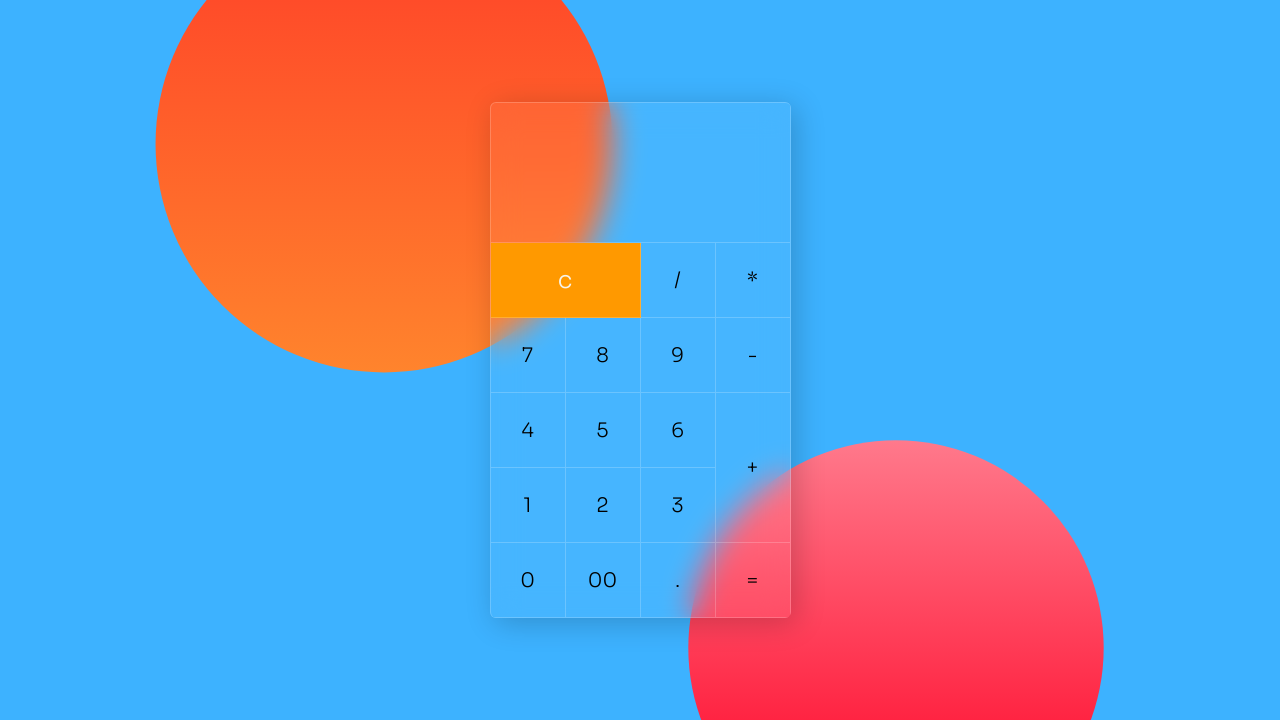
Repository: tharunkumaar404/Glass-Calci
Page: index.html
These files come from the project's save history. The page is drawn as it stood at one moment and after the next save; the edit follows.
The browser window is 1280 px wide. The pictures show the whole page.
The first visible `.container .calculator span` is being pressed.

Above is the page before, as saved 2021-08-26 15:09:56.

### index.html
<!DOCTYPE html>
<html lang="en">
<head>
    <meta charset="UTF-8">
    <meta http-equiv="X-UA-Compatible" content="IE=edge">
    <meta name="viewport" content="width=device-width, initial-scale=1.0">
    <title>Calculator</title>
    <link rel="stylesheet" href="styles.css">
</head>
<body>
    <div class="container">
        <form class="calculator" name="calc">
            <input type="text" readonly class="value" name="txt"/>
            <span class="num clear" onclick="calc.txt.value = ''">c</span>
            <span class="num" onclick="document.calc.txt.value +='/'">/</span>
            <span class="num" onclick="document.calc.txt.value +='*'">*</span>
            <span class="num" onclick="document.calc.txt.value +='7'">7</span>
            <span class="num" onclick="document.calc.txt.value +='8'">8</span>
            <span class="num" onclick="document.calc.txt.value +='9'">9</span>
            <span class="num" onclick="document.calc.txt.value +='-'">-</span>
            <span class="num" onclick="document.calc.txt.value +='4'">4</span>
            <span class="num " onclick="document.calc.txt.value +='5'">5</span>
            <span class="num" onclick="document.calc.txt.value +='6'">6</span>
            <span class="num plus" onclick="document.calc.txt.value +='+'">+</span>
            <span class="num" onclick="document.calc.txt.value +='1'">1</span>
            <span class="num" onclick="document.calc.txt.value +='2'">2</span>
            <span class="num" onclick="document.calc.txt.value +='3'">3</span>
            <span class="num" onclick="document.calc.txt.value +='0'">0</span>
            <span class="num" onclick="document.calc.txt.value +='00'">00</span>
            <span class="num" onclick="document.calc.txt.value +='.'"">.</span>
            <span class="num equal" onclick="document.calc.txt.value =eval(calc.txt.value)">=</span>
        </form>
    </div>
    <script type="text/javascript" src="vanilla-tilt.js"></script>
    <script type="text/javascript">
    	VanillaTilt.init(document.querySelector(".container"), {
    		max: 15,
    		speed: 400,
            glare: true,
            "max-glare":0.2,
            gyroscope:true,
    	});
    </script>
</body>
</html>

### styles.css
@import url('https://fonts.googleapis.com/css2?family=Sora:wght@300&display=swap');

*{
    margin: 0;
    padding: 0;
    box-sizing: border-box;
    font-family: 'Sora', sans-serif;
}

body{
display:flex;
justify-content: center;
align-items: center;
min-height: 100vh;
background: #3DB2FF;
}

body::before{
    content: '';
    position: absolute;
    top: 0;
    left:0;
    width: 100%;
    height:100%;
    background:linear-gradient(#FF4C29,#FFB830);
    clip-path: circle(22% at 30% 20%);
}
body::after{
    content: '';
    position: absolute;
    top: 0;
    left:0;
    width: 100%;
    height:100%;
    background:linear-gradient(#fff,#FF2442);
    clip-path: circle(20% at 70% 90%);
}

.container{
    position:relative;
    background: rgba(255,255,255,0.05);
    border-radius: 6px;
    overflow: hidden;
    z-index:10;
    backdrop-filter: blur(15px);
    border-top: 1px solid rgba(255,255,255,0.2);
    border-left:1px solid rgba(255,255,255,0.2);
    box-shadow: 5px 5px 30px rgba(0,0,0,0.2);

}

.container .calculator{
    position:relative;
    display:grid;

}

.container .calculator .value{
    grid-column: span 4;
    height: 140px;
    width:300px;
    text-align:right;
    border:none;
    outline:none;
    padding:10px;
    font-size:30px;
    background: transparent;
    color: #000;
    border-bottom: 1px solid rgba(255,255,255,0.2);
    border-right:1px solid rgba(255,255,255,0.2);


}
.container .calculator span {
    display:grid;
    place-items:center;
    height: 75px;
    width:75px;
    color:black;
    cursor:pointer;
    font-weight:400;
    font-size:20px;
    user-select:none;
    border-bottom: 1px solid rgba(255,255,255,0.2);
    border-right:1px solid rgba(255,255,255,0.2);
    transition: 0.5s;


}
.container .calculator span:hover{
    transition: 0s;
    background: rgba(255,255,255,0.2);
}

.container .calculator span:active{
    background: #ff9900;
    color: #F7F3E9;
    font-size: 24px;
    font-weight: 500;

}
.container .calculator .clear{
    grid-column: span 2;
    width:150px;
    background: rgba(255,255,255,0.2);
}
.container .calculator .plus{
grid-row: span 2;
height:150px;
}

### vanilla-tilt.js
var VanillaTilt = (function () {
'use strict';

/**
 * Created by Sergiu Șandor (micku7zu) on 1/27/2017.
 * Original idea: https://github.com/gijsroge/tilt.js
 * MIT License.
 * Version 1.7.1
 */

class VanillaTilt {
  constructor(element, settings = {}) {
    if (!(element instanceof Node)) {
      throw ("Can't initialize VanillaTilt because " + element + " is not a Node.");
    }

    this.width = null;
    this.height = null;
    this.clientWidth = null;
    this.clientHeight = null;
    this.left = null;
    this.top = null;

    // for Gyroscope sampling
    this.gammazero = null;
    this.betazero = null;
    this.lastgammazero = null;
    this.lastbetazero = null;

    this.transitionTimeout = null;
    this.updateCall = null;
    this.event = null;

    this.updateBind = this.update.bind(this);
    this.resetBind = this.reset.bind(this);

    this.element = element;
    this.settings = this.extendSettings(settings);

    this.reverse = this.settings.reverse ? -1 : 1;
    this.glare = VanillaTilt.isSettingTrue(this.settings.glare);
    this.glarePrerender = VanillaTilt.isSettingTrue(this.settings["glare-prerender"]);
    this.fullPageListening = VanillaTilt.isSettingTrue(this.settings["full-page-listening"]);
    this.gyroscope = VanillaTilt.isSettingTrue(this.settings.gyroscope);
    this.gyroscopeSamples = this.settings.gyroscopeSamples;

    this.elementListener = this.getElementListener();

    if (this.glare) {
      this.prepareGlare();
    }

    if (this.fullPageListening) {
      this.updateClientSize();
    }

    this.addEventListeners();
    this.updateInitialPosition();
  }

  static isSettingTrue(setting) {
    return setting === "" || setting === true || setting === 1;
  }

  /**
   * Method returns element what will be listen mouse events
   * @return {Node}
   */
  getElementListener() {
    if (this.fullPageListening) {
      return window.document;
    }

    if (typeof this.settings["mouse-event-element"] === "string") {
      const mouseEventElement = document.querySelector(this.settings["mouse-event-element"]);

      if (mouseEventElement) {
        return mouseEventElement;
      }
    }

    if (this.settings["mouse-event-element"] instanceof Node) {
      return this.settings["mouse-event-element"];
    }

    return this.element;
  }

  /**
   * Method set listen methods for this.elementListener
   * @return {Node}
   */
  addEventListeners() {
    this.onMouseEnterBind = this.onMouseEnter.bind(this);
    this.onMouseMoveBind = this.onMouseMove.bind(this);
    this.onMouseLeaveBind = this.onMouseLeave.bind(this);
    this.onWindowResizeBind = this.onWindowResize.bind(this);
    this.onDeviceOrientationBind = this.onDeviceOrientation.bind(this);

    this.elementListener.addEventListener("mouseenter", this.onMouseEnterBind);
    this.elementListener.addEventListener("mouseleave", this.onMouseLeaveBind);
    this.elementListener.addEventListener("mousemove", this.onMouseMoveBind);

    if (this.glare || this.fullPageListening) {
      window.addEventListener("resize", this.onWindowResizeBind);
    }

    if (this.gyroscope) {
      window.addEventListener("deviceorientation", this.onDeviceOrientationBind);
    }
  }

  /**
   * Method remove event listeners from current this.elementListener
   */
  removeEventListeners() {
    this.elementListener.removeEventListener("mouseenter", this.onMouseEnterBind);
    this.elementListener.removeEventListener("mouseleave", this.onMouseLeaveBind);
    this.elementListener.removeEventListener("mousemove", this.onMouseMoveBind);

    if (this.gyroscope) {
      window.removeEventListener("deviceorientation", this.onDeviceOrientationBind);
    }

    if (this.glare || this.fullPageListening) {
      window.removeEventListener("resize", this.onWindowResizeBind);
    }
  }

  destroy() {
    clearTimeout(this.transitionTimeout);
    if (this.updateCall !== null) {
      cancelAnimationFrame(this.updateCall);
    }

    this.reset();

    this.removeEventListeners();
    this.element.vanillaTilt = null;
    delete this.element.vanillaTilt;

    this.element = null;
  }

  onDeviceOrientation(event) {
    if (event.gamma === null || event.beta === null) {
      return;
    }

    this.updateElementPosition();

    if (this.gyroscopeSamples > 0) {
      this.lastgammazero = this.gammazero;
      this.lastbetazero = this.betazero;

      if (this.gammazero === null) {
        this.gammazero = event.gamma;
        this.betazero = event.beta;
      } else {
        this.gammazero = (event.gamma + this.lastgammazero) / 2;
        this.betazero = (event.beta + this.lastbetazero) / 2;
      }

      this.gyroscopeSamples -= 1;
    }

    const totalAngleX = this.settings.gyroscopeMaxAngleX - this.settings.gyroscopeMinAngleX;
    const totalAngleY = this.settings.gyroscopeMaxAngleY - this.settings.gyroscopeMinAngleY;

    const degreesPerPixelX = totalAngleX / this.width;
    const degreesPerPixelY = totalAngleY / this.height;

    const angleX = event.gamma - (this.settings.gyroscopeMinAngleX + this.gammazero);
    const angleY = event.beta - (this.settings.gyroscopeMinAngleY + this.betazero);

    const posX = angleX / degreesPerPixelX;
    const posY = angleY / degreesPerPixelY;

    if (this.updateCall !== null) {
      cancelAnimationFrame(this.updateCall);
    }

    this.event = {
      clientX: posX + this.left,
      clientY: posY + this.top,
    };

    this.updateCall = requestAnimationFrame(this.updateBind);
  }

  onMouseEnter() {
    this.updateElementPosition();
    this.element.style.willChange = "transform";
    this.setTransition();
  }

  onMouseMove(event) {
    if (this.updateCall !== null) {
      cancelAnimationFrame(this.updateCall);
    }

    this.event = event;
    this.updateCall = requestAnimationFrame(this.updateBind);
  }

  onMouseLeave() {
    this.setTransition();

    if (this.settings.reset) {
      requestAnimationFrame(this.resetBind);
    }
  }

  reset() {
    this.event = {
      clientX: this.left + this.width / 2,
      clientY: this.top + this.height / 2
    };

    if (this.element && this.element.style) {
      this.element.style.transform = `perspective(${this.settings.perspective}px) ` +
        `rotateX(0deg) ` +
        `rotateY(0deg) ` +
        `scale3d(1, 1, 1)`;
    }

    this.resetGlare();
  }

  resetGlare() {
    if (this.glare) {
      this.glareElement.style.transform = "rotate(180deg) translate(-50%, -50%)";
      this.glareElement.style.opacity = "0";
    }
  }

  updateInitialPosition() {
    if (this.settings.startX === 0 && this.settings.startY === 0) {
      return;
    }

    this.onMouseEnter();

    if (this.fullPageListening) {
      this.event = {
        clientX: (this.settings.startX + this.settings.max) / (2 * this.settings.max) * this.clientWidth,
        clientY: (this.settings.startY + this.settings.max) / (2 * this.settings.max) * this.clientHeight
      };
    } else {
      this.event = {
        clientX: this.left + ((this.settings.startX + this.settings.max) / (2 * this.settings.max) * this.width),
        clientY: this.top + ((this.settings.startY + this.settings.max) / (2 * this.settings.max) * this.height)
      };
    }


    let backupScale = this.settings.scale;
    this.settings.scale = 1;
    this.update();
    this.settings.scale = backupScale;
    this.resetGlare();
  }

  getValues() {
    let x, y;

    if (this.fullPageListening) {
      x = this.event.clientX / this.clientWidth;
      y = this.event.clientY / this.clientHeight;
    } else {
      x = (this.event.clientX - this.left) / this.width;
      y = (this.event.clientY - this.top) / this.height;
    }

    x = Math.min(Math.max(x, 0), 1);
    y = Math.min(Math.max(y, 0), 1);

    let tiltX = (this.reverse * (this.settings.max - x * this.settings.max * 2)).toFixed(2);
    let tiltY = (this.reverse * (y * this.settings.max * 2 - this.settings.max)).toFixed(2);
    let angle = Math.atan2(this.event.clientX - (this.left + this.width / 2), -(this.event.clientY - (this.top + this.height / 2))) * (180 / Math.PI);

    return {
      tiltX: tiltX,
      tiltY: tiltY,
      percentageX: x * 100,
      percentageY: y * 100,
      angle: angle
    };
  }

  updateElementPosition() {
    let rect = this.element.getBoundingClientRect();

    this.width = this.element.offsetWidth;
    this.height = this.element.offsetHeight;
    this.left = rect.left;
    this.top = rect.top;
  }

  update() {
    let values = this.getValues();

    this.element.style.transform = "perspective(" + this.settings.perspective + "px) " +
      "rotateX(" + (this.settings.axis === "x" ? 0 : values.tiltY) + "deg) " +
      "rotateY(" + (this.settings.axis === "y" ? 0 : values.tiltX) + "deg) " +
      "scale3d(" + this.settings.scale + ", " + this.settings.scale + ", " + this.settings.scale + ")";

    if (this.glare) {
      this.glareElement.style.transform = `rotate(${values.angle}deg) translate(-50%, -50%)`;
      this.glareElement.style.opacity = `${values.percentageY * this.settings["max-glare"] / 100}`;
    }

    this.element.dispatchEvent(new CustomEvent("tiltChange", {
      "detail": values
    }));

    this.updateCall = null;
  }

  /**
   * Appends the glare element (if glarePrerender equals false)
   * and sets the default style
   */
  prepareGlare() {
    // If option pre-render is enabled we assume all html/css is present for an optimal glare effect.
    if (!this.glarePrerender) {
      // Create glare element
      const jsTiltGlare = document.createElement("div");
      jsTiltGlare.classList.add("js-tilt-glare");

      const jsTiltGlareInner = document.createElement("div");
      jsTiltGlareInner.classList.add("js-tilt-glare-inner");

      jsTiltGlare.appendChild(jsTiltGlareInner);
      this.element.appendChild(jsTiltGlare);
    }

    this.glareElementWrapper = this.element.querySelector(".js-tilt-glare");
    this.glareElement = this.element.querySelector(".js-tilt-glare-inner");

    if (this.glarePrerender) {
      return;
    }

    Object.assign(this.glareElementWrapper.style, {
      "position": "absolute",
      "top": "0",
      "left": "0",
      "width": "100%",
      "height": "100%",
      "overflow": "hidden",
      "pointer-events": "none"
    });

    Object.assign(this.glareElement.style, {
      "position": "absolute",
      "top": "50%",
      "left": "50%",
      "pointer-events": "none",
      "background-image": `linear-gradient(0deg, rgba(255,255,255,0) 0%, rgba(255,255,255,1) 100%)`,
      "width": `${this.element.offsetWidth * 2}px`,
      "height": `${this.element.offsetWidth * 2}px`,
      "transform": "rotate(180deg) translate(-50%, -50%)",
      "transform-origin": "0% 0%",
      "opacity": "0",
    });
  }

  updateGlareSize() {
    if (this.glare) {
      Object.assign(this.glareElement.style, {
        "width": `${this.element.offsetWidth * 2}`,
        "height": `${this.element.offsetWidth * 2}`,
      });
    }
  }

  updateClientSize() {
    this.clientWidth = window.innerWidth
      || document.documentElement.clientWidth
      || document.body.clientWidth;

    this.clientHeight = window.innerHeight
      || document.documentElement.clientHeight
      || document.body.clientHeight;
  }

  onWindowResize() {
    this.updateGlareSize();
    this.updateClientSize();
  }

  setTransition() {
    clearTimeout(this.transitionTimeout);
    this.element.style.transition = this.settings.speed + "ms " + this.settings.easing;
    if (this.glare) this.glareElement.style.transition = `opacity ${this.settings.speed}ms ${this.settings.easing}`;

    this.transitionTimeout = setTimeout(() => {
      this.element.style.transition = "";
      if (this.glare) {
        this.glareElement.style.transition = "";
      }
    }, this.settings.speed);

  }

  /**
   * Method return patched settings of instance
   * @param {boolean} settings.reverse - reverse the tilt direction
   * @param {number} settings.max - max tilt rotation (degrees)
   * @param {startX} settings.startX - the starting tilt on the X axis, in degrees. Default: 0
   * @param {startY} settings.startY - the starting tilt on the Y axis, in degrees. Default: 0
   * @param {number} settings.perspective - Transform perspective, the lower the more extreme the tilt gets
   * @param {string} settings.easing - Easing on enter/exit
   * @param {number} settings.scale - 2 = 200%, 1.5 = 150%, etc..
   * @param {number} settings.speed - Speed of the enter/exit transition
   * @param {boolean} settings.transition - Set a transition on enter/exit
   * @param {string|null} settings.axis - What axis should be disabled. Can be X or Y
   * @param {boolean} settings.glare - What axis should be disabled. Can be X or Y
   * @param {number} settings.max-glare - the maximum "glare" opacity (1 = 100%, 0.5 = 50%)
   * @param {boolean} settings.glare-prerender - false = VanillaTilt creates the glare elements for you, otherwise
   * @param {boolean} settings.full-page-listening - If true, parallax effect will listen to mouse move events on the whole document, not only the selected element
   * @param {string|object} settings.mouse-event-element - String selector or link to HTML-element what will be listen mouse events
   * @param {boolean} settings.reset - false = If the tilt effect has to be reset on exit
   * @param {gyroscope} settings.gyroscope - Enable tilting by deviceorientation events
   * @param {gyroscopeSensitivity} settings.gyroscopeSensitivity - Between 0 and 1 - The angle at which max tilt position is reached. 1 = 90deg, 0.5 = 45deg, etc..
   * @param {gyroscopeSamples} settings.gyroscopeSamples - How many gyroscope moves to decide the starting position.
   */
  extendSettings(settings) {
    let defaultSettings = {
      reverse: false,
      max: 15,
      startX: 0,
      startY: 0,
      perspective: 1000,
      easing: "cubic-bezier(.03,.98,.52,.99)",
      scale: 1,
      speed: 300,
      transition: true,
      axis: null,
      glare: false,
      "max-glare": 1,
      "glare-prerender": false,
      "full-page-listening": false,
      "mouse-event-element": null,
      reset: true,
      gyroscope: true,
      gyroscopeMinAngleX: -45,
      gyroscopeMaxAngleX: 45,
      gyroscopeMinAngleY: -45,
      gyroscopeMaxAngleY: 45,
      gyroscopeSamples: 10
    };

    let newSettings = {};
    for (var property in defaultSettings) {
      if (property in settings) {
        newSettings[property] = settings[property];
      } else if (this.element.hasAttribute("data-tilt-" + property)) {
        let attribute = this.element.getAttribute("data-tilt-" + property);
        try {
          newSettings[property] = JSON.parse(attribute);
        } catch (e) {
          newSettings[property] = attribute;
        }

      } else {
        newSettings[property] = defaultSettings[property];
      }
    }

    return newSettings;
  }

  static init(elements, settings) {
    if (elements instanceof Node) {
      elements = [elements];
    }

    if (elements instanceof NodeList) {
      elements = [].slice.call(elements);
    }

    if (!(elements instanceof Array)) {
      return;
    }

    elements.forEach((element) => {
      if (!("vanillaTilt" in element)) {
        element.vanillaTilt = new VanillaTilt(element, settings);
      }
    });
  }
}

if (typeof document !== "undefined") {
  /* expose the class to window */
  window.VanillaTilt = VanillaTilt;

  /**
   * Auto load
   */
  VanillaTilt.init(document.querySelectorAll("[data-tilt]"));
}

return VanillaTilt;

}());

After the next save:
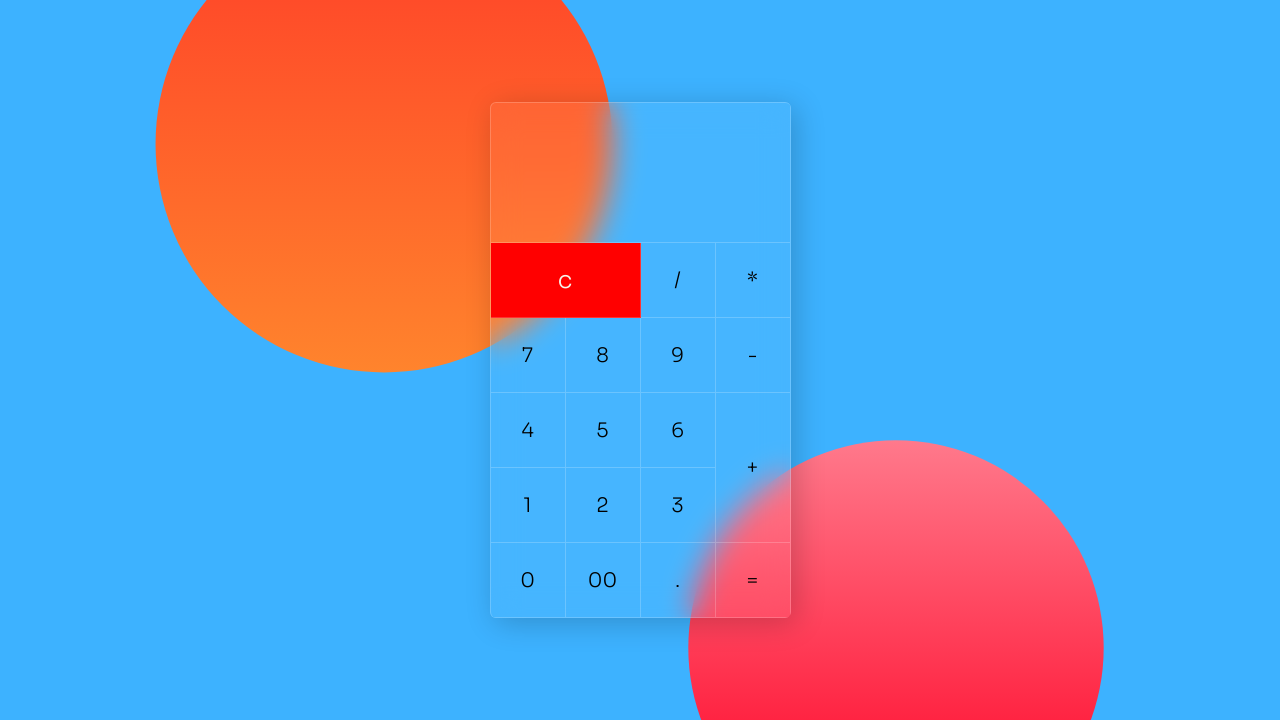
Saved 25 s later.
--- a/styles.css
+++ b/styles.css
@@ -93,7 +93,7 @@ body::after{
 }
 
 .container .calculator span:active{
-    background: #ff9900;
+    background: #ff0000;
     color: #F7F3E9;
     font-size: 24px;
     font-weight: 500;
